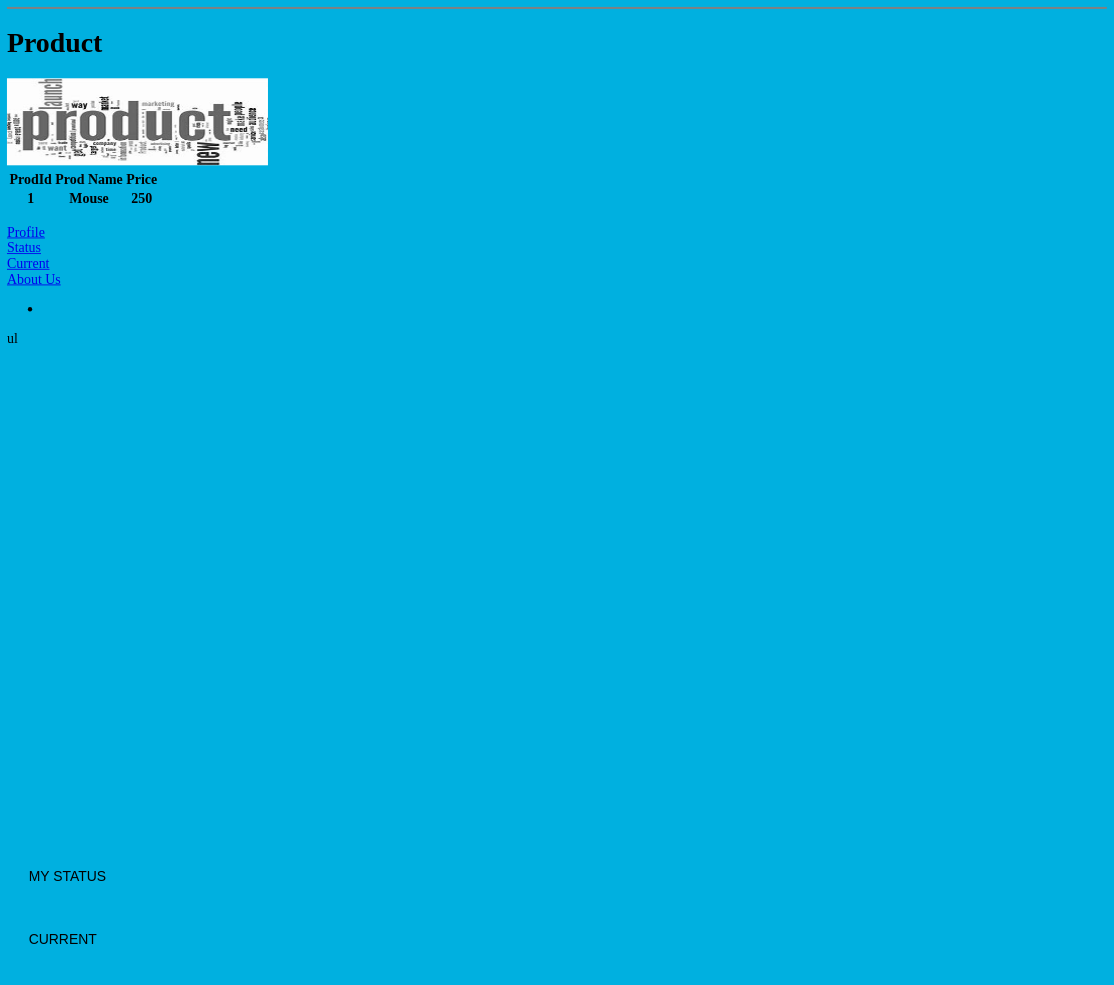
Repository: abhishek110597/Deloitte
Page: Workspace/JavaTraining/index.html
These files come from the project's save history. The page is drawn as it stood at one moment and after the next save; the edit follows.
The browser window is 1280 px wide. The pictures show the whole page, at 87% of full size.

Above is the page before, as saved 2019-12-28 04:35:48.

### Workspace/JavaTraining/index.html
<!DOCTYPE html>

<html>

<head>

<meta charset="ISO-8859-1">

<title>Deloitte</title>

</head>

<style>

pre {

	font-family: Arial;

	color: #00900;

	margin: 25px;

}

</style>

<hr color="grey" />

<body bgcolor="sky blue">

	<h1>Product</h1>

	<img src="product.jpg" width="300" height="100">

	<br />

	<table style="">

		<tr>

			<th>ProdId</th>

			<th>Prod Name</th>

			<th>Price</th>

		</tr>

		<tr>

			<th>1</th>

			<th>Mouse</th>

			<th>250</th>

		</tr>

	</table>

	<br />

	<a href="about.html#profile">Profile</a>

	<br />

	<a href="#status">Status</a>

	<br />

	<a href="#current">Current</a>

	<br />

	<a href="about.html">About Us</a>

	<ul>
	<li></li>
	</ul>

	ul
	<pre>


	<br />
	<br />
	<br />
	<br />
	<br />
						<br />
							<br />
								<br />
									<br />
										<br />
											<br />
												<br />
													<br />
														<br />
															<br />
<a id="status">MY STATUS</a>



<a id="current">CURRENT</a>

</pre>

</body>

</html>

After the next save:
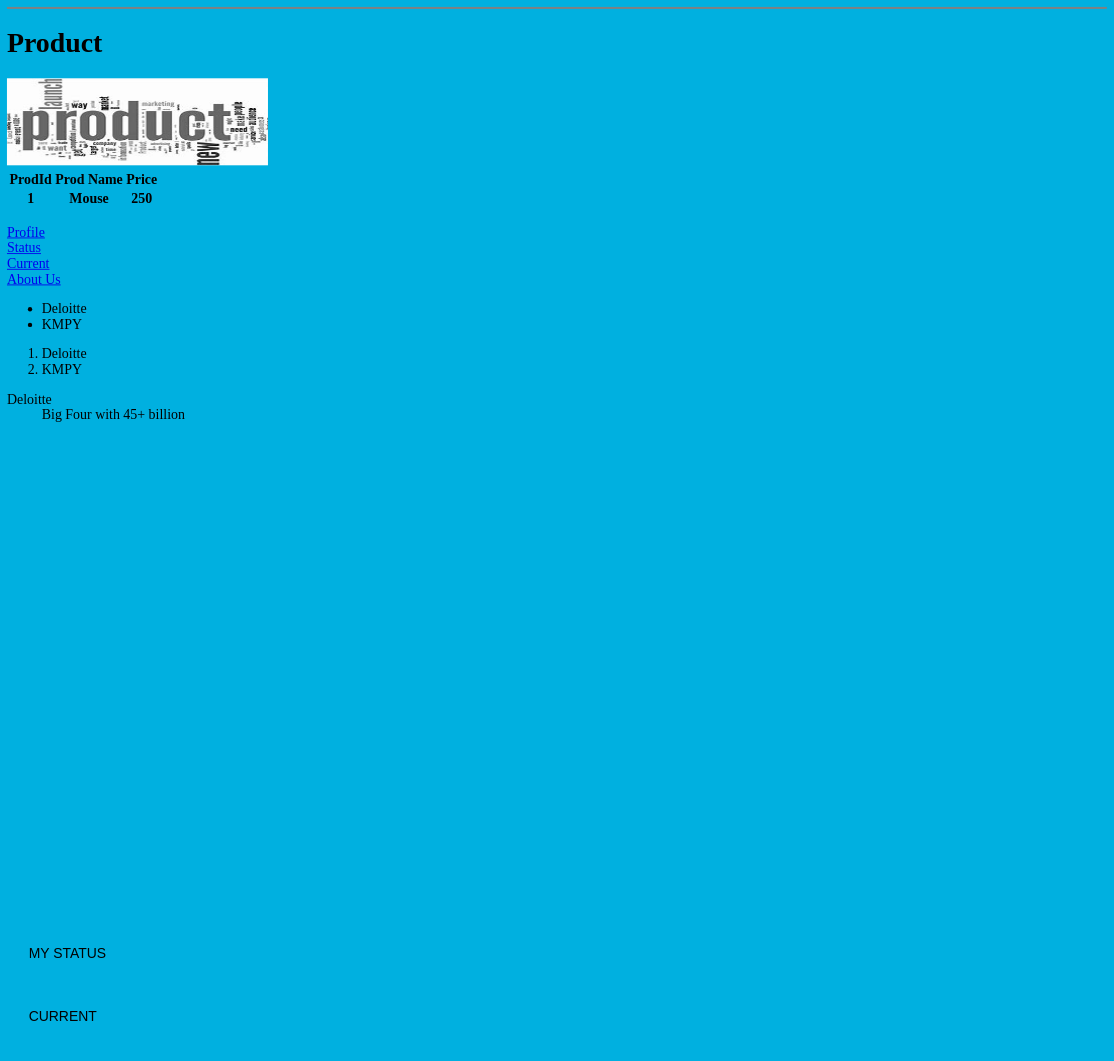
Saved 3 min 13 s later.
--- a/Workspace/JavaTraining/index.html
+++ b/Workspace/JavaTraining/index.html
@@ -74,11 +74,19 @@ pre {
 
 	<a href="about.html">About Us</a>
 
-	<ul>
-	<li></li>
+	<ul type="disc">
+	<li>Deloitte</li>
+	<li>KMPY</li>
 	</ul>
 
-	ul
+	<ol type="1">
+	<li>Deloitte</li>
+	<li>KMPY</li>
+	</ol>
+	<dl>
+	<dt>Deloitte</dt>
+	<dd>Big Four with 45+ billion</dd>
+	</dl>
 	<pre>
 
 
